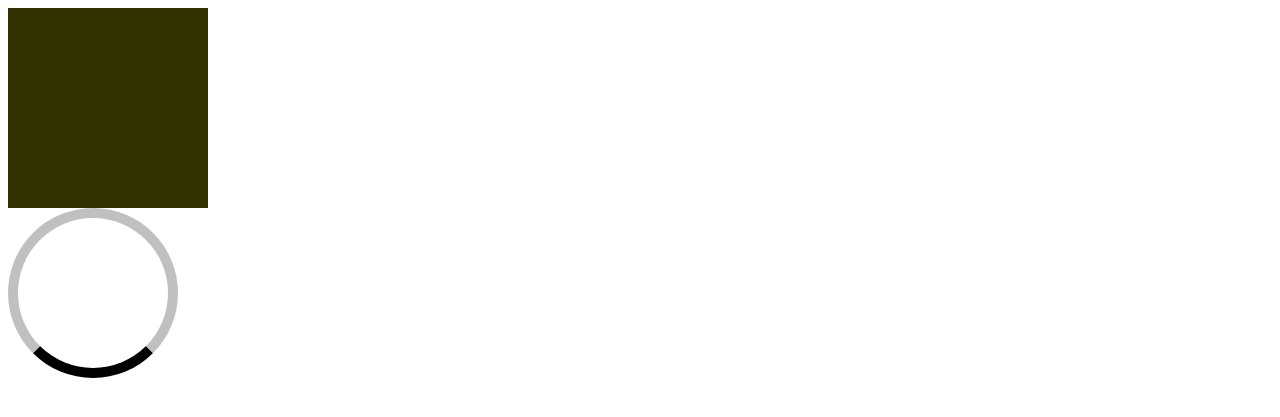
Repository: mariawasilewa-coca-cola/test1
Page: index.html
These files come from the project's save history. The page is drawn as it stood at one moment and after the next save; the edit follows.
The browser window is 1280 px wide. The pictures show the whole page.

Above is the page before, as saved 2021-11-04 19:07:17.

### index.html
<!DOCTYPE html>
<html>
    <head>
        <link rel="stylesheet" href="style.css"/>
    </head>
    <body>

        <div class="animation">

        </div>

        <div class="loading"></div>
    </body>
</html>

### style.css
.animation {
    width: 200px;
    height: 200px;
    background-color: red;
    /* animation-name: change-bg-color;
    animation-duration: 4s;
    animation-fill-mode: forwards;
    animation-iteration-count: 3;
    animation-delay: 2s; */

    animation: change-bg-color 4s forwards 3 2s;
}

@keyframes change-bg-color {
    0% {
        background-color: red;
    }

    30% {
        background-color: green;
    }

    50% {
        background-color: yellow;
    }

    100% {
        background-color: black;
    }
}

.loading {
    width: 150px;
    height: 150px;
    border-radius: 50%;
    border-top: 10px solid silver;
    border-left: 10px solid silver;
    border-right: 10px solid silver;
    border-bottom: 10px solid black;

    animation: loading .5s infinite linear;
}

@keyframes loading {
    from {
        transform: rotate(0deg);
    }

    to {
        transform: rotate(360deg);
    }
}

After the next save:
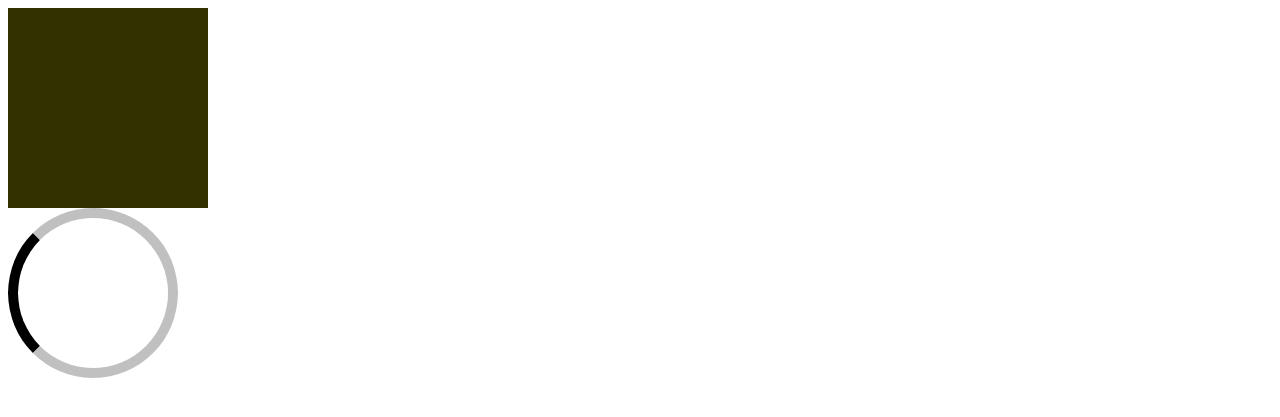
Saved 7 s later.
--- a/style.css
+++ b/style.css
@@ -38,7 +38,7 @@
     border-right: 10px solid silver;
     border-bottom: 10px solid black;
 
-    animation: loading .5s infinite linear;
+    animation: loading .8s infinite linear;
 }
 
 @keyframes loading {
